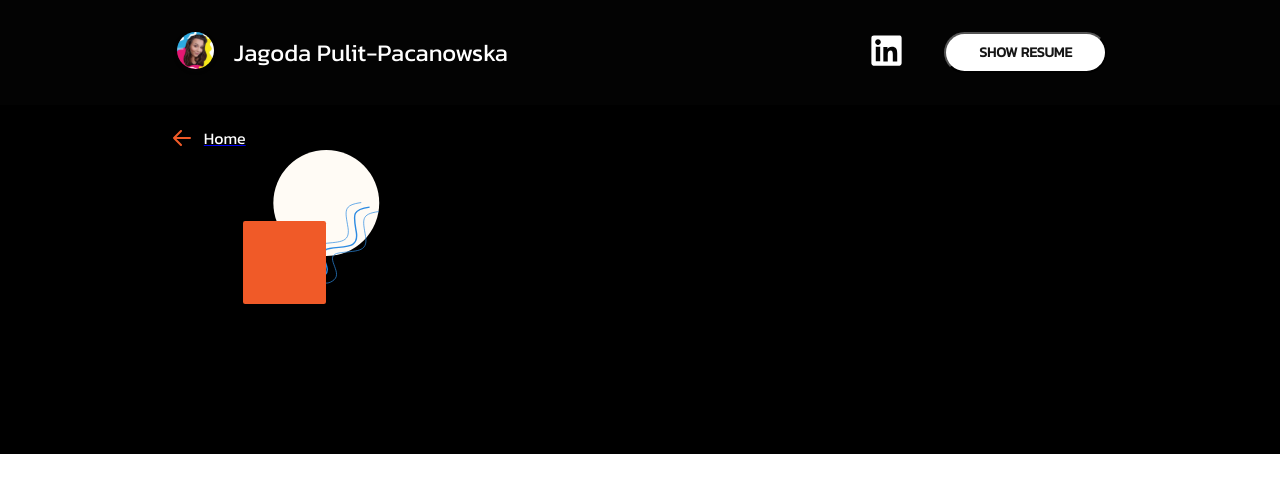
Repository: remigiuszpulit/ux-ui-portfolio
Page: /dimarkit
These files come from the project's save history. The page is drawn as it stood at one moment and after the next save; the edit follows.
The browser window is 1280 px wide. The pictures show the whole page.
The project was rebuilt for these pictures with package versions that can differ from the ones it lists, and the page was loaded fresh each time. Also part of the build but not shown: src/components/Card.js, src/pages/index.js.

Above is the page before, as saved 2022-10-03 20:16:40.

### public/index.html
<!DOCTYPE html>
<html lang="en">
  <head>
    <meta charset="utf-8" />
    <link rel="icon" href="%PUBLIC_URL%/avatar.svg" />
    <meta name="viewport" content="width=device-width, initial-scale=1" />
    <meta name="theme-color" content="#000000" />
    <meta
      name="description"
      content="Web site created using create-react-app"
    />
    <link rel="apple-touch-icon" href="%PUBLIC_URL%/avatar.svg" />
    <!--
      manifest.json provides metadata used when your web app is installed on a
      user's mobile device or desktop. See https://developers.google.com/web/fundamentals/web-app-manifest/
    -->
    <link rel="manifest" href="%PUBLIC_URL%/manifest.json" />
    <!--
      Notice the use of %PUBLIC_URL% in the tags above.
      It will be replaced with the URL of the `public` folder during the build.
      Only files inside the `public` folder can be referenced from the HTML.

      Unlike "/favicon.ico" or "favicon.ico", "%PUBLIC_URL%/favicon.ico" will
      work correctly both with client-side routing and a non-root public URL.
      Learn how to configure a non-root public URL by running `npm run build`.
    -->
    <title>Jagoda Pulit UX/UI Portfolio</title>
  </head>
  <body>
    <noscript>You need to enable JavaScript to run this app.</noscript>
    <div id="root"></div>
    <!--
      This HTML file is a template.
      If you open it directly in the browser, you will see an empty page.

      You can add webfonts, meta tags, or analytics to this file.
      The build step will place the bundled scripts into the <body> tag.

      To begin the development, run `npm start` or `yarn start`.
      To create a production bundle, use `npm run build` or `yarn build`.
    -->
  </body>
</html>

### src/index.js
import React from "react";
import ReactDOM from "react-dom/client";
import "./index.css";
import App from "./App";
import reportWebVitals from "./reportWebVitals";

const root = ReactDOM.createRoot(document.getElementById("root"));
root.render(
  // <React.StrictMode>
  <App />
  // </React.StrictMode> */
);

// If you want to start measuring performance in your app, pass a function
// to log results (for example: reportWebVitals(console.log))
// or send to an analytics endpoint. Learn more: https://bit.ly/CRA-vitals
reportWebVitals();

### src/App.js
import { BrowserRouter, Routes, Route, useLocation } from "react-router-dom";
import Navbar from "./components/Navbar";
import GlobalStyle from "./globalStyles";
import Index from "./pages";
import Dimark from "./pages/dimark";

function App() {
  return (
    <>
      <GlobalStyle />
      <BrowserRouter>
        <Navbar />
        <Routes>
          <Route path="/" element={<Index />} />
          <Route path="/dimarkit" element={<Dimark />} />
        </Routes>
      </BrowserRouter>
    </>
  );
}

export default App;

### src/components/Navbar.js
import React from "react";
import styled from "styled-components";
import avatar from "../static/avatar.svg";
import LinkedinIcon from "../static/LinkedinIcon.svg";
import LinkedinIconWhite from "../static/LinkedinIconWhite.svg";
import "@fontsource/kanit";
import { useLocation } from "react-router-dom";

function Navbar() {
  const location = useLocation();
  const isLight = location.pathname != "/";
  return (
    <NavContainer>
      <NavWrapper>
        <ItemsWrapper>
          <img src={avatar} alt="Avatar" />
          <LogoText isLight={isLight}>Jagoda Pulit-Pacanowska</LogoText>
        </ItemsWrapper>
        <ItemsWrapper>
          <a
            href="https://www.linkedin.com/in/jagoda-pulit/"
            target={"_blank"}
            rel="noreferrer"
          >
            <img
              src={isLight ? LinkedinIconWhite : LinkedinIcon}
              alt="LinkedinIcon"
            />
          </a>
          <ResumeButton isLight={isLight}>
            <ResumeButtonText isLight={isLight}>show resume</ResumeButtonText>
          </ResumeButton>
        </ItemsWrapper>
      </NavWrapper>
    </NavContainer>
  );
}

export default Navbar;

const NavContainer = styled.nav`
  height: 105px;
  background: rgba(232, 228, 222, 0.01);
  backdrop-filter: blur(3px);
  position: fixed;
  display: flex;
  width: 100%;
  justify-content: center;
`;

const NavWrapper = styled.div`
  width: 73%;
  display: flex;
  justify-content: center;
  align-items: center;
  flex-direction: column;
  @media (min-width: 768px) {
    justify-content: space-between;
    flex-direction: row;
    width: 73%;
  }
`;
const ItemsWrapper = styled.div`
  display: flex;
  align-items: center;
`;
const LogoText = styled.h3`
  margin-left: 16px;
  font-family: "Kanit";
  font-style: normal;
  font-weight: 500;
  font-size: 16px;
  @media (min-width: 768px) {
    font-size: 24px;
  }
  line-height: 124%;
  color: #161616;
  ${({ isLight }) =>
    isLight &&
    `
    color: white;
  `}
`;

const ResumeButton = styled.button`
  display: flex;
  flex-direction: row;
  width: 163px;
  height: 41px;
  justify-content: center;
  margin-left: 42px;
  align-items: center;
  padding: 10px;
  background: #161616;
  border-radius: 159px;
  ${({ isLight }) =>
    isLight &&
    `
    background: white;
  `}
`;

const ResumeButtonText = styled.h4`
  font-family: "Kanit";
  font-style: normal;
  font-weight: 600;
  font-size: 14px;
  line-height: 21px;
  /* identical to box height */

  text-transform: uppercase;

  color: #ffffff;

  /* Inside auto layout */
  ${({ isLight }) =>
    isLight &&
    `
    color: #161616;
  `}

  flex: none;
  order: 0;
  flex-grow: 0;
`;

### src/globalStyles.js
import { createGlobalStyle } from "styled-components";

const GlobalStyle = createGlobalStyle`
  body {
    margin: 0;
    padding: 0;
  }
`;

export default GlobalStyle;

### src/pages/dimark.js
import React from "react";
import PageHead from "../components/PageHead";
import styled from "styled-components";
import grafika_dimark from "../static/grafika_dimark.svg";

function Dimark(props) {
  return <PageHead color={"#F05A28"} logo={grafika_dimark} />;
}

export default Dimark;
const Page = styled.div`
  display: flex;
  justify-content: center;
`;

### src/components/PageHead.js
import React from "react";
import { Link } from "react-router-dom";
import styled from "styled-components";
import ArrowLeft from "./ArrowLeft";

function PageHead({ color, logo, head, par }) {
  return (
    <Container>
      <Wrapper>
        <BackLink to={"/"}>
          <ArrowLeft color={color} />
          <BackLinkText>Home</BackLinkText>
        </BackLink>
        <HeadContainer>
          <HeadWrapper>
            <ImageContainer>
              <img src={logo} alt="xd" width={"20%"} />
            </ImageContainer>
          </HeadWrapper>
        </HeadContainer>
      </Wrapper>
    </Container>
  );
}

export default PageHead;

const Container = styled.div`
  display: flex;
  justify-content: center;
  height: 349px;
  background-color: black;
  padding-top: 150px;
  @media (min-width: 768px) {
    padding-top: 105px;
  }
`;

const Wrapper = styled.div`
  padding-top: 21px;
  width: 73%;
  display: flex;
  flex-direction: column;
`;

const BackLink = styled(Link)`
  display: flex;
  align-items: center;
`;

const BackLinkText = styled.span`
  font-family: "Kanit";
  font-style: normal;
  font-weight: 300;
  font-size: 16px;
  line-height: 24px;
  text-decoration: none;
  margin-left: 13px;
  /* identical to box height */

  color: #ffffff;
`;

const HeadContainer = styled.div`
  display: flex;
  justify-content: center;
`;

const HeadWrapper = styled.div`
  width: 85%;

  height: 20px;
`;

const ImageContainer = styled.div``;

const HeadText = styled.h1`
  font-family: "Kanit";
  font-style: normal;
  font-weight: 700;
  font-size: 40px;
  line-height: 60px;
  /* identical to box height */

  text-align: center;

  color: #ffffff;
`;

const HeadPar = styled.p`
  font-family: "Cabin";
  font-style: normal;
  font-weight: 500;
  font-size: 16px;
  line-height: 128%;
  /* or 20px */

  color: #ffffff;
`;

### src/components/ArrowLeft.js
import React from "react";

function ArrowLeft({ color }) {
  return (
    <svg
      width="18"
      height="16"
      viewBox="0 0 18 16"
      fill="none"
      xmlns="http://www.w3.org/2000/svg"
    >
      <path
        d="M1 8L17 8M8 1L1 8L8 15"
        stroke={`${color}`}
        stroke-width="2"
        stroke-linecap="round"
        stroke-linejoin="round"
      />
    </svg>
  );
}

export default ArrowLeft;

Loaded but not shown: src/index.css (common file); src/reportWebVitals.js (common file)

After the next save:
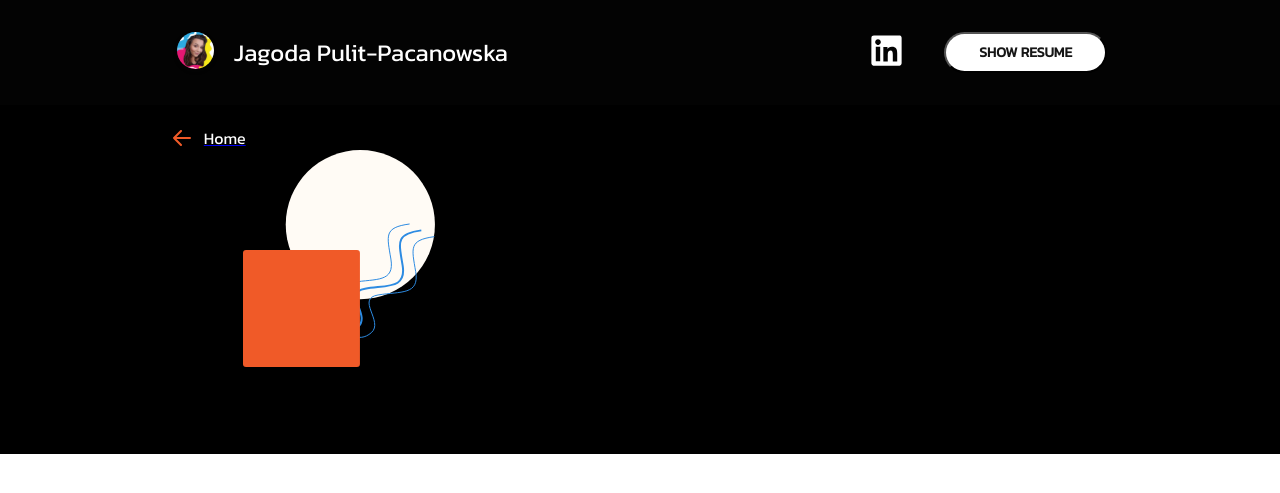
Saved 21 s later.
--- a/src/components/PageHead.js
+++ b/src/components/PageHead.js
@@ -14,7 +14,7 @@
         <HeadContainer>
           <HeadWrapper>
             <ImageContainer>
-              <img src={logo} alt="xd" width={"20%"} />
+              <img src={logo} alt="xd" height={"20%"} />
             </ImageContainer>
           </HeadWrapper>
         </HeadContainer>
